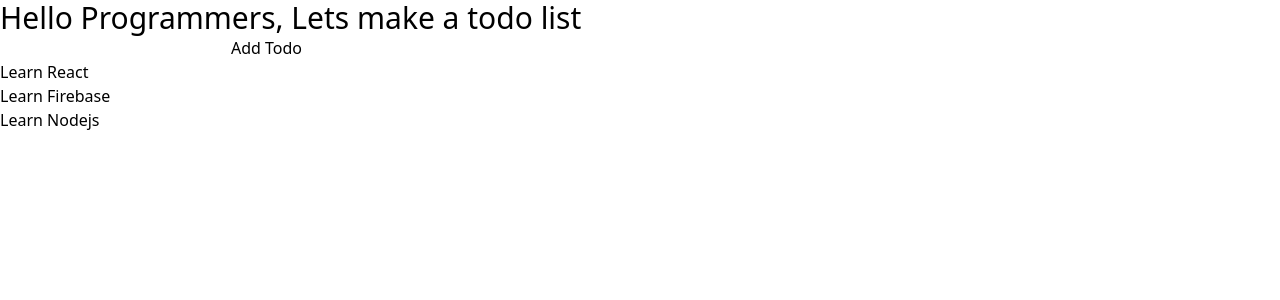
Repository: Shamraiz761/todo_list
Page: /
An editor plug-in stored every save of this project. The page is shown before and after a run of saves, followed by the edit.
The browser window is 1280 px wide. The pictures show the whole page.
The project was rebuilt for these pictures with package versions that can differ from the ones it lists, and the page was loaded fresh each time. Also part of the build but not shown: vite.config.js.

Above is the page before, as saved 2024-01-11 22:26:02.

After the next 2 saves:
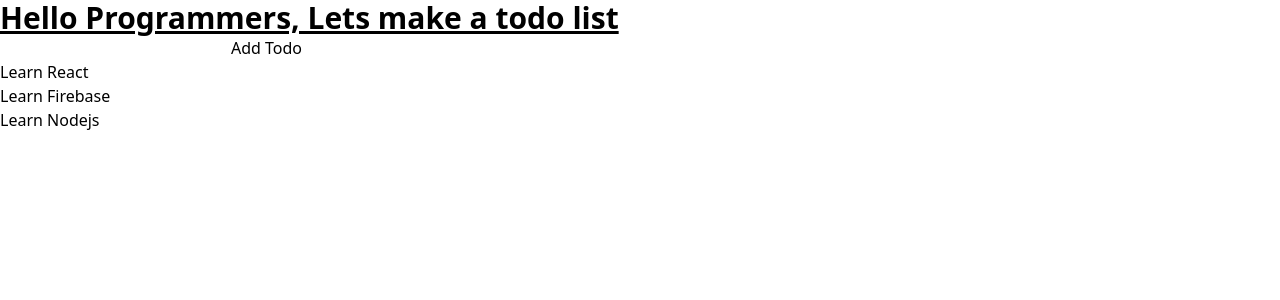
The 2 saves are shown as one change because they came seconds apart.
The last was saved 7 s later.
--- a/src/App.jsx
+++ b/src/App.jsx
@@ -16,7 +16,7 @@ function App() {
 
   return (
     <div >
-      <h1 className="text-3xl font">Hello Programmers, Lets make a todo list</h1>
+      <h1 className="text-3xl font-bold underline">Hello Programmers, Lets make a todo list</h1>
       <form>
         <input
           type="text"
